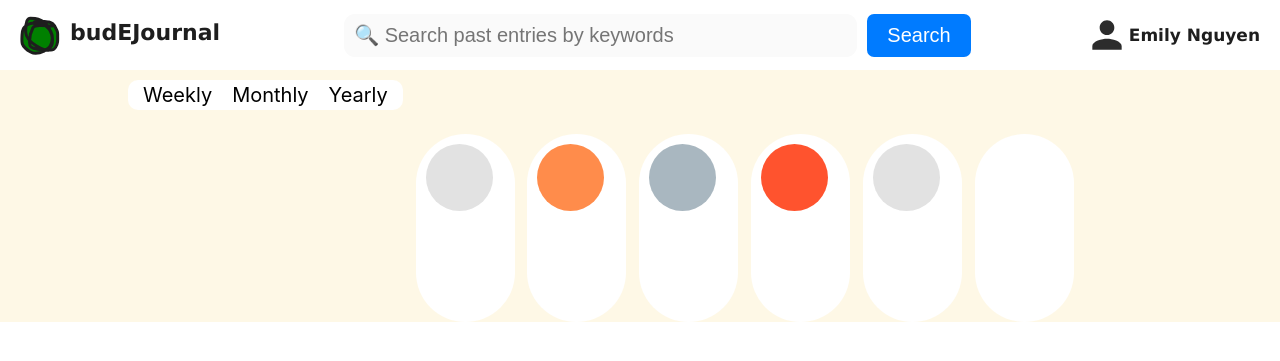
Repository: BaileyLuu/budejournal
Page: /
An editor plug-in stored every save of this project. The page is shown before and after the next save, followed by the edit.
The browser window is 1280 px wide. The pictures show the whole page.
The project was rebuilt for these pictures with package versions that can differ from the ones it lists, and the page was loaded fresh each time. Also part of the build but not shown: src/pages/Home.js.

Above is the page before, as saved 2023-09-16 21:33:33.

### src/components/Navbar.js
import React, {useState} from 'react';
import './navbar.css'
const Navbar = () => {
  // need to add some userState here when user search past entries by keywords
  // and the onClick handler when user click search button
  const [searchKeywords, setSearchKeywords] = useState('')
  const handleSearchKeywords = (e) => {
    setSearchKeywords(e.target.value)
  }
  const handleSearch = ()=> {
    alert(searchKeywords)
  }

  return (
    <nav className="navbar">
      <div className="navbar-logo">
        <svg xmlns="http://www.w3.org/2000/svg" width="40" height="39" viewBox="0 0 40 39" fill="green">
          <path d="M32.2572 9.93512C28.647 9.93512 25.0058 9.50361 21.3736 9.50361C18.5545 9.50361 14.3076 8.99662 12.7914 11.9728C10.7255 16.028 9.63294 20.0533 9.60307 24.6543C9.58979 26.6986 9.16434 29.4896 10.9455 30.9591C12.8024 32.491 15.5242 33.0241 17.8496 33.3563C21.8908 33.9336 27.5229 33.9755 30.651 30.9591C32.909 28.7818 32.4921 25.5923 32.4729 22.7365C32.4414 18.0469 30.7636 14.0345 27.0791 11.0139C25.3639 9.6077 22.9308 8.02586 20.7383 7.48991C19.3171 7.14251 17.7043 7.32435 16.2435 7.17827C13.1567 6.86959 9.99712 7.02607 7.39759 8.85635C5.9706 9.86107 4.26017 10.8263 3.46608 12.4522C2.53474 14.3593 2.07932 16.8255 2.0517 18.9248C2.01512 21.7048 1.56037 25.0772 2.30341 27.7707C2.7832 29.51 4.30852 31.1782 5.5517 32.4214C6.79537 33.6651 8.12802 34.714 9.71094 35.4899C10.7344 35.9916 11.8281 36.9422 12.9832 37.0721C16.6211 37.4814 20.0419 37.1757 23.2674 35.442C25.926 34.013 28.6848 32.7071 30.2674 29.9522C31.8907 27.1265 32.4454 24.3578 32.2092 21.1303C32.081 19.378 31.5637 17.8693 30.8548 16.2879C29.9798 14.3361 29.4302 12.2643 28.2418 10.4625C25.9351 6.9654 22.0563 4.48141 18.1733 3.05499C15.9148 2.22533 12.8432 2.168 10.4421 2.168C8.0435 2.168 7.60785 3.09333 6.89416 5.10464C5.62747 8.67441 5.54884 12.7713 5.73149 16.5156C6.0155 22.3377 12.1813 27.2627 16.615 30.12C19.0655 31.6992 21.6402 33.0634 24.49 33.7759C26.582 34.2988 28.8294 34.0995 30.9746 34.0995C35.0359 34.0995 37.0507 29.2464 37.5311 26.0207C37.82 24.081 37.651 22.0303 37.651 20.0755C37.651 18.4952 37.8672 16.6603 37.1955 15.1731C35.9731 12.4664 35.1016 9.71032 32.7007 7.78957C31.6795 6.97263 30.1408 6.42936 28.913 6.05156C27.3869 5.58201 25.9172 5.79644 24.3822 5.51218C21.8709 5.04713 18.9458 4.96218 16.4233 5.30841C15.0453 5.49754 14.029 6.20885 13.2709 7.34608" stroke="#1E1E1E" stroke-width="3" stroke-linecap="round" />
        </svg>
        <span className="logo-name">budEJournal</span>
      </div>
      <div className="navbar-search">
        <input type="text" placeholder="🔍 Search past entries by keywords" value={searchKeywords} onChange={handleSearchKeywords} />
        <button onClick={handleSearch}>Search</button>
      </div>
      <div className="navbar-user">
        <svg xmlns="http://www.w3.org/2000/svg" width="44" height="44" viewBox="0 0 44 44" fill="none">
          <path d="M22 22C26.0517 22 29.3333 18.7183 29.3333 14.6667C29.3333 10.615 26.0517 7.33334 22 7.33334C17.9483 7.33334 14.6667 10.615 14.6667 14.6667C14.6667 18.7183 17.9483 22 22 22ZM22 25.6667C17.105 25.6667 7.33334 28.1233 7.33334 33V36.6667H36.6667V33C36.6667 28.1233 26.895 25.6667 22 25.6667Z" fill="#2C2C2C" />
        </svg>
        <span className="username-fontstyle">Emily Nguyen</span>
      </div>
    </nav>
  );
};

export default Navbar;

### src/components/Emoji.js
import React, { useState } from 'react';
import './emoji.css'

export default function Emoji() {
    return (
        <>
            <div className="emojiBG">
                <div className="emoji-period">
                    <div className="period">Weekly</div>
                    <div className="period">Monthly</div>
                    <div className='period'>Yearly</div>
                    {/* <button className="period-btn">Weekly</button>
                    <button className="period-btn">Monthly</button>
                    <button className="period-btn">Yearly</button> */}
                </div>
                <div className="emoji-mood">
                    <svg xmlns="http://www.w3.org/2000/svg" width="67" height="67" viewBox="0 0 67 67" fill="none">
                        <circle cx="33.5" cy="33.5" r="33.5" fill="#E2E2E2" />
                    </svg>
                </div>
                <div className="emoji-mood">
                    <svg xmlns="http://www.w3.org/2000/svg" width="67" height="67" viewBox="0 0 67 67" fill="none">
                        <circle cx="33.5" cy="33.5" r="33.5" fill="#FF8C4B" />
                    </svg>
                </div>
                <div className="emoji-mood">
                    <svg xmlns="http://www.w3.org/2000/svg" width="67" height="67" viewBox="0 0 67 67" fill="none">
                        <circle cx="33.5" cy="33.5" r="33.5" fill="#A9B7C0" />
                    </svg>
                </div>
                <div className="emoji-mood">
                <svg xmlns="http://www.w3.org/2000/svg" width="67" height="67" viewBox="0 0 67 67" fill="none">
  <circle cx="33.5" cy="33.5" r="33.5" fill="#FF532E"/>
</svg>
                </div>
                <div className="emoji-mood">
                <svg xmlns="http://www.w3.org/2000/svg" width="67" height="67" viewBox="0 0 67 67" fill="none">
  <circle cx="33.5" cy="33.5" r="33.5" fill="#E2E2E2"/>
</svg>
                </div>
                <div className="emoji-mood">

                </div>

                {/* <div className="mood-weekly">
                    <div className="mood">
                        <svg xmlns="http://www.w3.org/2000/svg" width="67" height="67" viewBox="0 0 67 67" fill="none">
                            <circle cx="33.5" cy="33.5" r="33.5" fill="#E2E2E2" />

                        </svg>

                    </div>
                </div> */}

            </div>

        </>

    );
}

### src/components/navbar.css
.navbar {
    display: flex;
    justify-content: space-between;
    align-items: center;
    background-color: #fff;
    color: #fff;
    padding: 10px 20px;
}

.navbar-logo {
    display: flex;
    margin-right: 10px;

}

.navbar-logo img {
    height: 50px;
}

.logo-name {
    color: #1E1E1E;
    font-family: Verdana;
    font-size: 22px;
    font-style: normal;
    font-weight: 700;
    line-height: 150%;
    margin-left:10px;
    align-items: center;
    /* 33px */
}

.navbar-search {
    display: flex;
    height: 50px;
    /* justify-content: center; */
    text-align: center;
    align-items: center;
    flex-grow: 0.5;
}

.navbar-search input[type="text"] {
    flex-grow: 1;
    width: 100%;
    padding: 10px;
    border: none;
    border-radius: 11px;
    background-color: #FAFAFA;
    font-size: 20px;
}

.navbar-search button {
    background-color: #007bff;
    color: #fff;
    border: none;
    border-radius: 7px;
    padding: 10px 20px;
    margin-left: 10px;
    cursor: pointer;
    font-size: 20px;
}

.navbar-user {
    display: flex;
    align-items: center;
}

.username-fontstyle {
    color: var(--black, #1E1E1E);
    font-family: Verdana;
    font-size: 17px;
    font-style: normal;
    font-weight: 700;
    line-height: 100%;
    /* 25.5px */
}

### src/components/emoji.css
.emojiBG{
    display:flex;
    background-color: #FEF8E6;
    width:100%;

}
.emoji-period{
    display:flex;
    margin-left:10%;
    margin-top:10px;
    flex-shrink: 0;
    border-radius:10px;
    padding:5px;
    height:20px;
    background-color: #ffffff;
    line-height: 0;
}
.period{
    display:inline-flex;
    height:auto;
    font-size:20px;
    padding:10px;
    border-radius: 10px;
    border-color:#ffffff;
    background-color:#ffffff;
    flex: 1;
    font-weight: 400;
    /* font-size:20px; */
    /* color: #3F3F3F;
    font-family: Inter;
    font-size: 16px;
    font-style: normal; */
    /* font-weight: 400; */
    /* line-height: normal; */
    padding:10px;
}
/* .mood-weekly{
    display:flex;
} */
/* .mood{
    width: 79px;
    height: 168px;
    flex-shrink: 0;
} */
.emoji-mood{
    display:flex;
    /* margin-left:10%; */
    margin-left:1%;
    margin-top:5%;
    /* flex-shrink: 0; */
    background-color: #ffffff;
    border-radius:100px;
    padding:10px;
    width: 79px;
    height: 168px;
}

Loaded but not shown: public/index.html (common file); src/index.js (common file); src/index.css (common file); src/App.js (common file); src/App.css (common file)

After the next save:
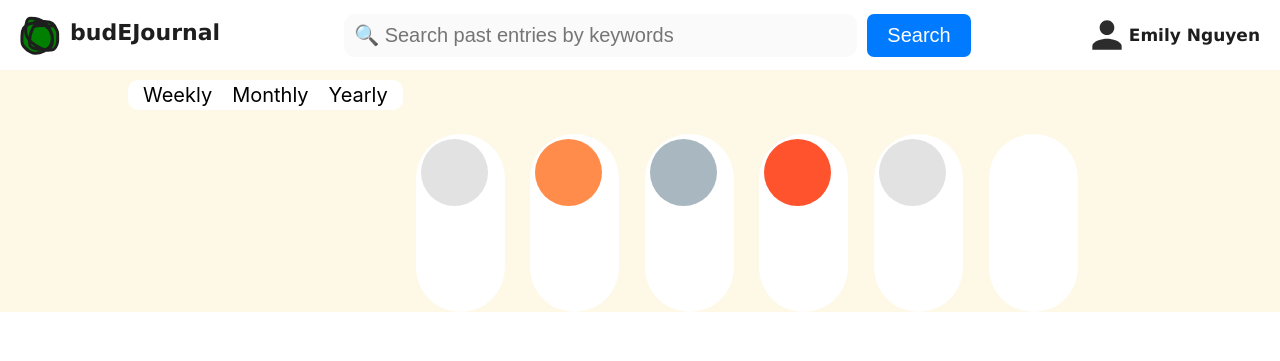
Saved 15 s later.
--- a/src/components/emoji.css
+++ b/src/components/emoji.css
@@ -47,10 +47,11 @@
     /* margin-left:10%; */
     margin-left:1%;
     margin-top:5%;
+    margin-right:1%;
     /* flex-shrink: 0; */
     background-color: #ffffff;
     border-radius:100px;
-    padding:10px;
+    padding:5px;
     width: 79px;
     height: 168px;
 }
